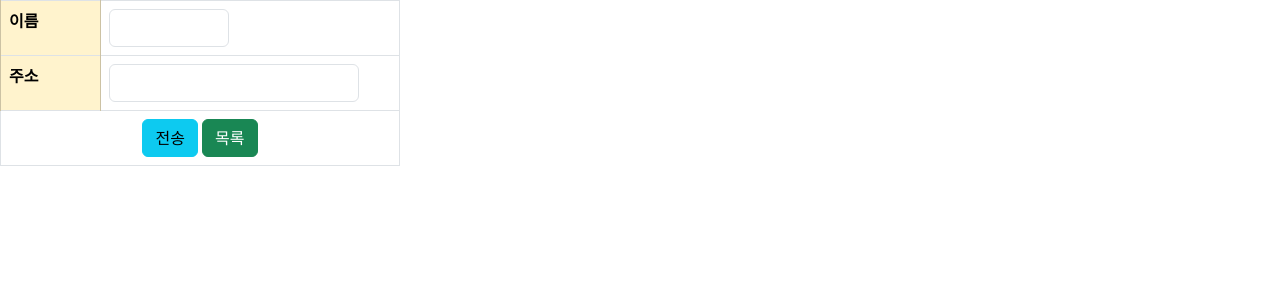
Repository: kim-gemma/JspStudy_hnkim
Page: http://localhost/JspCrudProject/myinfo/updateform.jsp
An editor plug-in stored every save of this project. The page is shown before and after the next save, followed by the edit.
The browser window is 1280 px wide. The pictures show the whole page.
Some web fonts or font styles are not loaded; a fallback is used. The page is served by Tomcat 9. Other server files are loaded and not shown.

Above is the page before, as saved 2025-12-11 02:41:11.

### JspCrudProject/src/main/webapp/myinfo/updateform.jsp
<%@ page language="java" contentType="text/html; charset=UTF-8"
    pageEncoding="UTF-8"%>
<!DOCTYPE html>
<html>
<head>
<meta charset="UTF-8">
<link href="https://fonts.googleapis.com/css2?family=Dongle&family=Gamja+Flower&family=Nanum+Myeongjo&family=Nanum+Pen+Script&display=swap" rel="stylesheet">
<link href="https://cdn.jsdelivr.net/npm/bootstrap@5.3.8/dist/css/bootstrap.min.css" rel="stylesheet" integrity="sha384-sRIl4kxILFvY47J16cr9ZwB07vP4J8+LH7qKQnuqkuIAvNWLzeN8tE5YBujZqJLB" crossorigin="anonymous">
<link rel="stylesheet" href="https://cdn.jsdelivr.net/npm/bootstrap-icons@1.13.1/font/bootstrap-icons.min.css">
<title>Insert title here</title>
<script src="https://code.jquery.com/jquery-3.7.1.js"></script>
</head>
<body>
  <form action="insertaction.jsp" method="post">
    <table class="table table-bordered" style="width: 400px;">
      <tr>
         <th width="100" class="table-warning">이름</th>
         <td>
           <input type="text" name="name" class="form-control"
           style="width: 120px;" required="required">
         </td>
      </tr>
      <tr>
         <th width="100" class="table-warning">주소</th>
         <td>
           <input type="text" name="addr" class="form-control"
           style="width: 250px;" required="required">
         </td>
      </tr>
      <tr>
        <td colspan="2" align="center">
          <button type="submit" class="btn btn-info">전송</button>
          <button type="button" class="btn btn-success" onclick="location.href='infolist.jsp'">목록</button>
        </td>
      </tr>
    </table>

  </form>
</body>
</html>

After the next save:
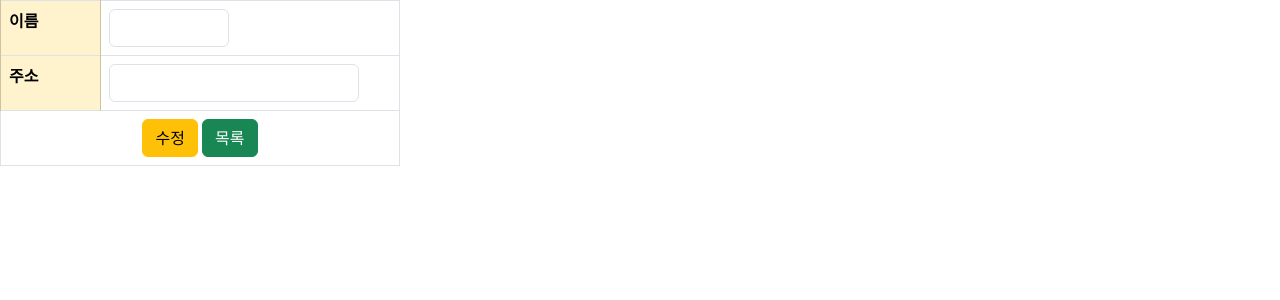
Saved 61 s later.
--- a/JspCrudProject/src/main/webapp/myinfo/updateform.jsp
+++ b/JspCrudProject/src/main/webapp/myinfo/updateform.jsp
@@ -11,7 +11,7 @@
 <script src="https://code.jquery.com/jquery-3.7.1.js"></script>
 </head>
 <body>
-  <form action="insertaction.jsp" method="post">
+  <form action="updateaction.jsp" method="post">
     <table class="table table-bordered" style="width: 400px;">
       <tr>
          <th width="100" class="table-warning">이름</th>
@@ -29,7 +29,7 @@
       </tr>
       <tr>
         <td colspan="2" align="center">
-          <button type="submit" class="btn btn-info">전송</button>
+          <button type="submit" class="btn btn-warning">수정</button>
           <button type="button" class="btn btn-success" onclick="location.href='infolist.jsp'">목록</button>
         </td>
       </tr>
